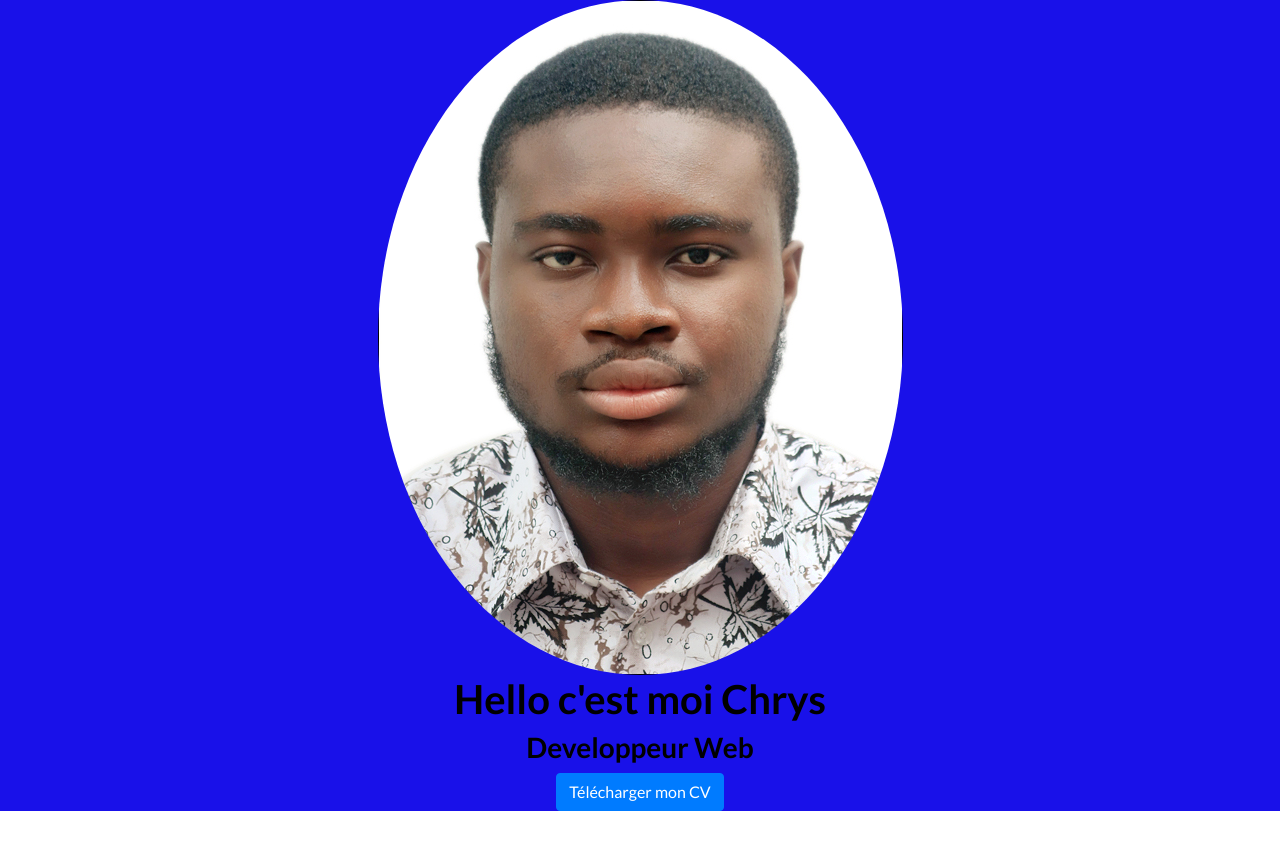
Repository: CHRYSOVR/CV_en_ligne_Interactif
Page: index.html
The author's editor kept a copy of each file at every save. The page is drawn from the files as they stood at one save, then again after the next save.
The browser window is 1280 px wide. The pictures show the whole page.

Above is the page before, as saved 2025-07-07 15:02:39.
Console error: TypeError: Cannot read properties of undefined (reading 'fn')

### index.html
<!DOCTYPE html>
<html lang="fr">
<head>
    <meta charset="UTF-8">
    <meta name="viewport" content="width=device-width, initial-scale=1.0">
    <link rel="preconnect" href="https://fonts.googleapis.com">
<link rel="preconnect" href="https://fonts.gstatic.com" crossorigin>
<link href="https://fonts.googleapis.com/css2?family=Lato:ital,wght@0,100;0,300;0,400;0,700;0,900;1,100;1,300;1,400;1,700;1,900&display=swap" rel="stylesheet">
<link rel="stylesheet" href="https://cdn.jsdelivr.net/npm/bootstrap@4.0.0/dist/css/bootstrap.min.css" integrity="sha384-Gn5384xqQ1aoWXA+058RXPxPg6fy4IWvTNh0E263XmFcJlSAwiGgFAW/dAiS6JXm" crossorigin="anonymous">
<script src="https://cdn.jsdelivr.net/npm/bootstrap@4.0.0/dist/js/bootstrap.min.js" integrity="sha384-JZR6Spejh4U02d8jOt6vLEHfe/JQGiRRSQQxSfFWpi1MquVdAyjUar5+76PVCmYl" crossorigin="anonymous"></script>
    <link rel="stylesheet" href="css/style.css">
    <script src="js/script.js"></script>
    <title>CV SANNE-TIA</title>
</head>
<body>
  <section id="about" class="container-fluid">
    <div class="profile-picture" ><img src="images/Me.JPG" alt="photo sanne-tia" class="rounded-circle">
        <h1>Hello c'est moi Chrys</h1 >
     <h3>Developpeur Web</h3>
     <a href="documents/CV_Sanne-Tia.pdf" class="btn btn-primary" target="_blank">Télécharger mon CV</a>
  </div>
    </section>
</body>
</html>

### css/style.css
/*GENERAL*/

body{
    font-family: 'Lato', sans-serif;

}
h1,h2,h3,h4,h5,h6{
    font-weight: bold;
    color:black;
}
/*ABOUT*/
#about{
    background-color: #1911e9;

}
.profile-picture{
    text-align: center;
    margin: 0 auto 30px;

}

Loaded but not shown: js/script.js (no stored copy; drawn as an empty file)

After the next save:
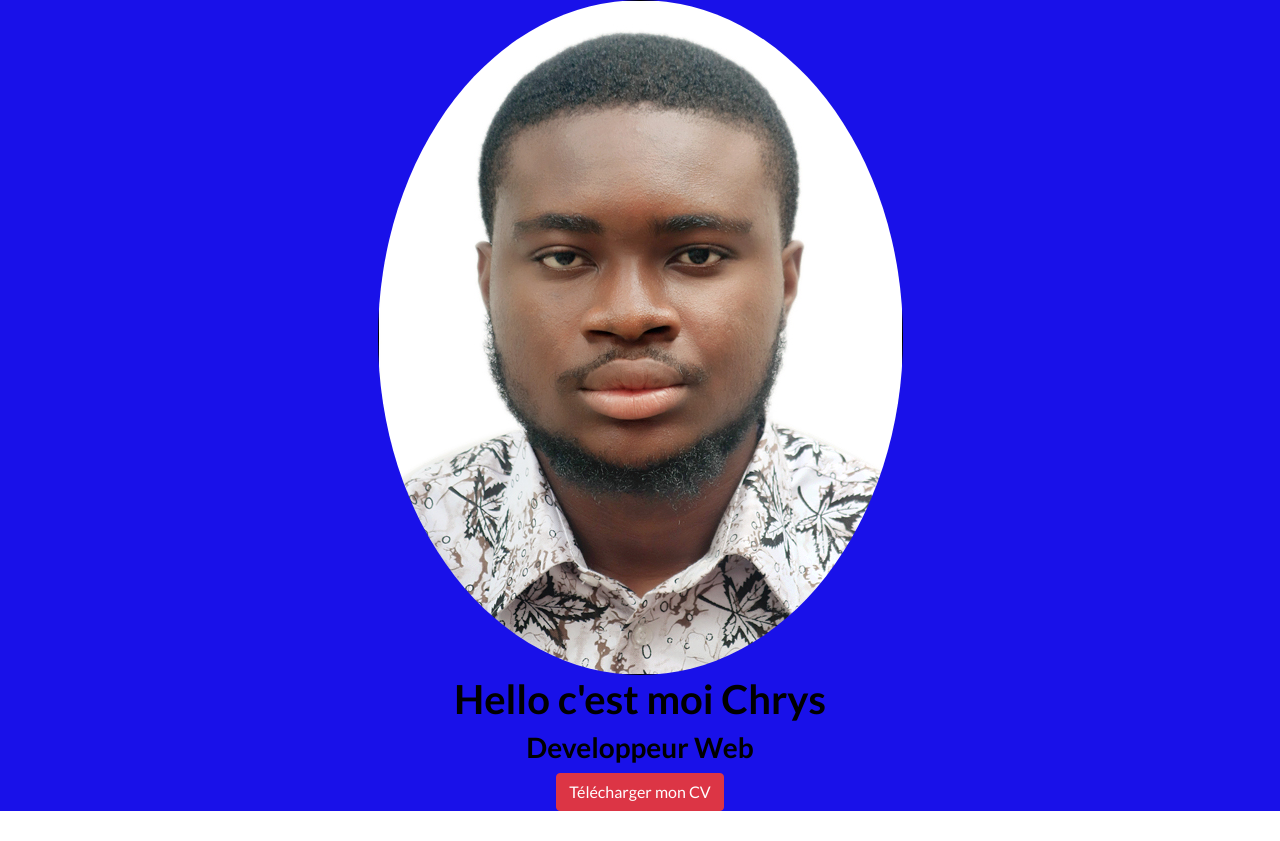
Saved 32 s later.
--- a/index.html
+++ b/index.html
@@ -17,7 +17,7 @@
     <div class="profile-picture" ><img src="images/Me.JPG" alt="photo sanne-tia" class="rounded-circle">
         <h1>Hello c'est moi Chrys</h1 >
      <h3>Developpeur Web</h3>
-     <a href="documents/CV_Sanne-Tia.pdf" class="btn btn-primary" target="_blank">Télécharger mon CV</a>
+     <a href="documents/CV_Sanne-Tia.pdf" class="btn btn-danger" target="_blank">Télécharger mon CV</a>
   </div>
     </section>
 </body>
